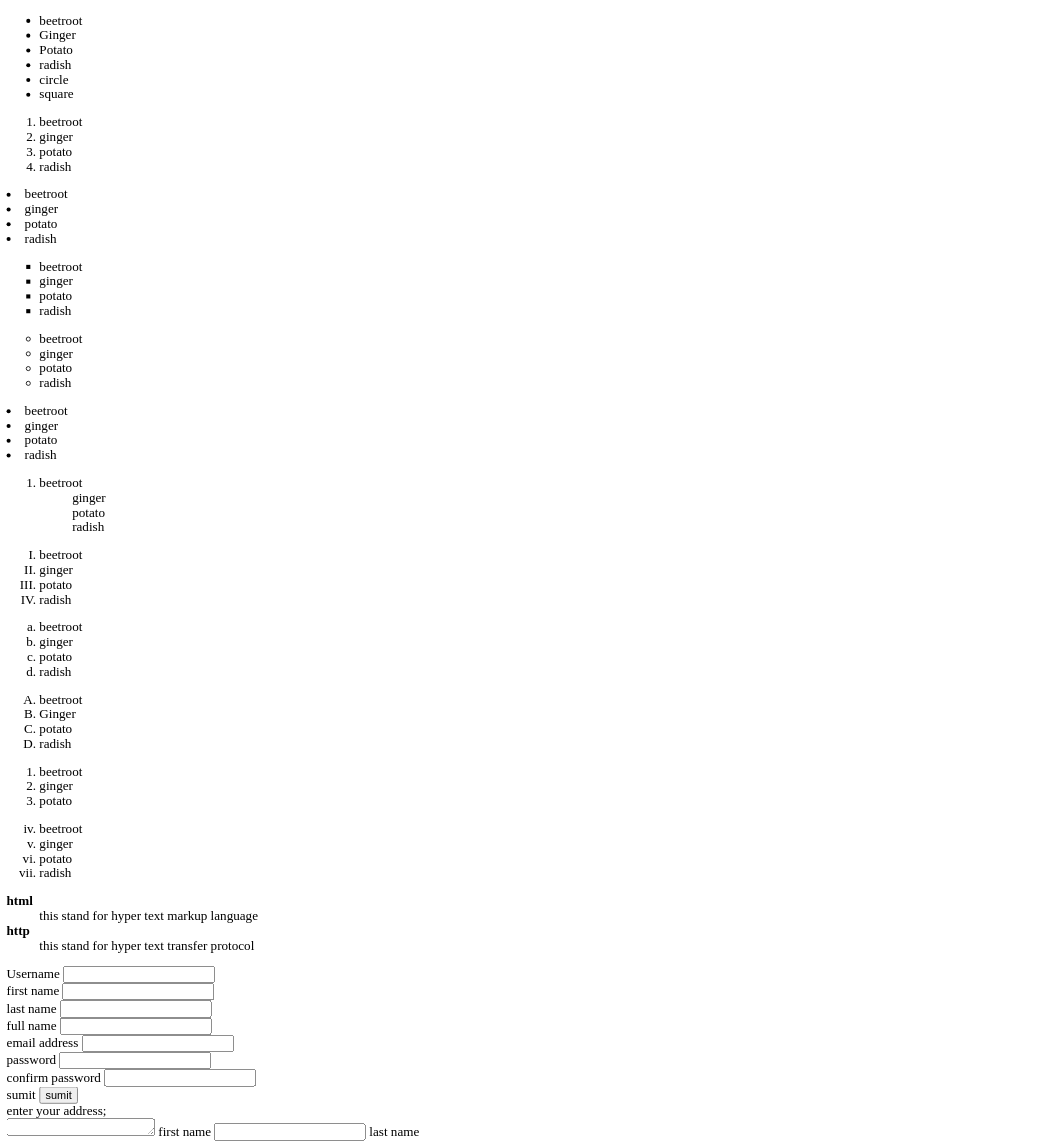
Repository: Achuut/first-code-lessons
Page: Achut.HTML
The author's editor kept a copy of each file at every save. The page is drawn from the files as they stood at one save, then again after the next save.
The browser window is 1280 px wide. The pictures show the whole page, at 82% of full size.

Above is the page before, as saved 2023-03-08 11:33:53.

### Achut.HTML
<!DOCTYPE html>
<html lang="en">
<head>
    <meta charset="UTF-8">
    <meta http-equiv="X-UA-Compatible" content="IE=edge">
    <meta name="viewport" content="width=device-width, initial-scale=1.0">
    <title>Document</title>
    <link rel="stylesheet" href="/Mijak.CSS">

</head>
<body>
    <ul>
        <li>beetroot</li>
        <li>Ginger</li>
        <li>Potato</li>
        <li>radish</li>
        <li>circle</li>
        <li>square</li>
    </ul>
    <ol>
        <li>beetroot</li>
        <li>ginger</li>
        <li>potato</li>
        <li>radish</li>
    </ol>
     <dl>
        <li>beetroot</li>
        <li>ginger</li>
        <li>potato</li>
        <li>radish</li>
     </dl>
     <ul type ="square">
        <li>beetroot</li>
        <li>ginger</li>
        <li>potato</li>
        <li>radish</li>
     </ul>
     <ul type ="circle">
        <li>beetroot</li>
        <li>ginger</li>
        <li>potato</li>
        <li>radish</li>
    </ul type = "disc">
      <li>beetroot</li>
      <li>ginger</li>
      <li>potato</li>
      <li>radish</li>
      <ol types = "i">
        <li>beetroot</li>
        <ol>ginger</ol>
        <ol>potato</ol>
        <ol>radish</ol>
      </ol>
      <ol type = "I">
        <li>beetroot</li>
        <li>ginger</li>
        <li>potato</li>
        <li>radish</li>
      </ol>
      <ol type = "a">
        <li>beetroot</li>
        <li>ginger</li>
        <li>potato</li>
        <li>radish</li>
      </ol>
      <ol type = "A">
        <li>beetroot</li>
        <LI>Ginger</LI>
        <LI>potato</LI>
        <li>radish</li>
      </ol>
      <ol>
        <li>beetroot</li>
        <li>ginger</li>
        <li>potato</li>
      </ol>
      <ol type = "i" start = "4">
        <li>beetroot</li>
        <li>ginger</li>
        <li>potato</li>
        <li>radish</li>
      </ol>
      <dl>
        <dt>
          <b>html</b></dt>
          <dd>this stand for hyper text markup language</dd>
          <dt><b>http</b></dt>
          <dd>this stand for hyper text transfer protocol</dd>
      </dl>
      <Form>
        Username <input type="text" name="username"><br>
        first name <input type="text" name="firstname"><br>
        last name <input type="text" name="lastname"><br>
        full name <input type="text" name="fullname"><br>
        email address <input type="email" name="email"><br>
        password <input type="password" name="password"><br>
        confirm password <input type="text" name="confirm password"><br>
        sumit <button>sumit</button>
      </Form>
      <form>
      enter your address;<br>
      <textarea name="2" id="" cols="20" rows="1"></textarea>
      first name <input type="text" name="firstname">
      last name
      </form>
</body>

Loaded but not shown: Mijak.CSS (no stored copy; drawn as an empty file)

After the next save:
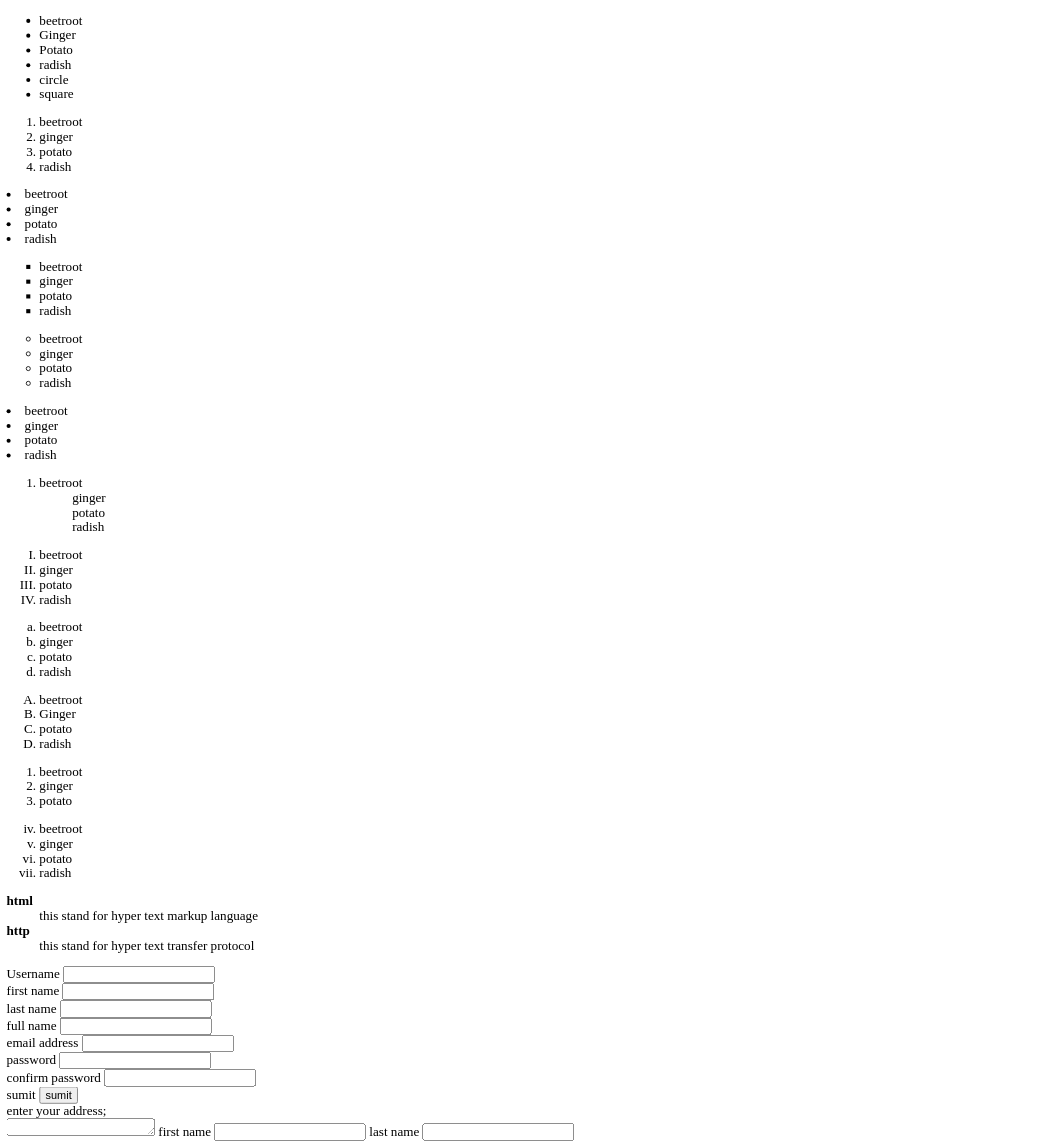
Saved 5 s later.
--- a/Achut.HTML
+++ b/Achut.HTML
@@ -101,6 +101,6 @@
       enter your address;<br>
       <textarea name="2" id="" cols="20" rows="1"></textarea>
       first name <input type="text" name="firstname">
-      last name
+      last name <input type="text">
       </form>
 </body>
